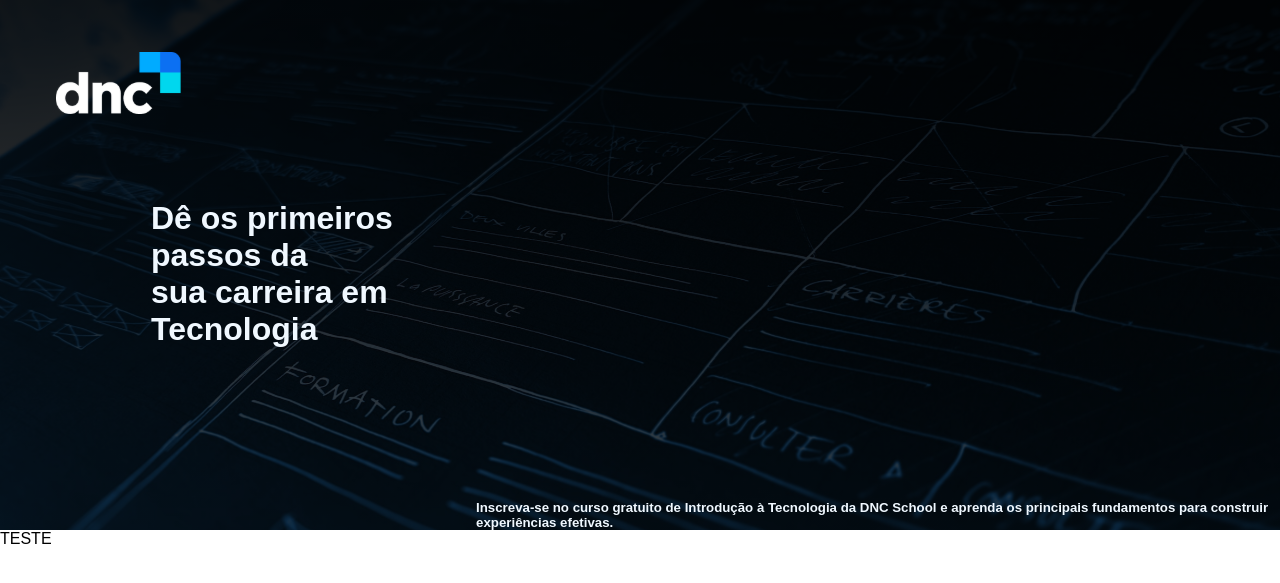
Repository: kleber-goncalves/Landing-Page-dnc
Page: src/index.html
An editor plug-in stored every save of this project. The page is shown before and after the next save, followed by the edit.
The browser window is 1280 px wide. The pictures show the whole page.

Above is the page before, as saved 2024-12-09 19:45:55.

### src/index.html
<!DOCTYPE html>
<html lang="pt-br">
  <head>
    <meta charset="UTF-8" />
    <meta name="viewport" content="width=device-width, initial-scale=1.0" />
    <title>Escola DNC</title>
    <link rel="stylesheet" href="../src/style.css" />
  </head>
  <body>
    <div id="cabecanho">
        <img id="logo-dnc" src="../img/logo.svg" alt="logo-dnc">
        <h1 id="titulo" >Dê os primeiros passos da <br>
            sua carreira em Tecnologia</h1>
        <h5 id="subtitulo" >Inscreva-se no curso gratuito de Introdução à Tecnologia da DNC School e aprenda os principais fundamentos para construir experiências efetivas.</h5>
    </div>
    <div>TESTE</div>
  </body>
</html>

### src/style.css
* {
  margin: 0px;
  font-family: Arial, Helvetica, sans-serif;
}

#cabecanho {
  display: flex;
  margin: 0%;
  height: 100%;
  background-image: url(../img/fundo.svg);
  background-size: cover;
  background-repeat: no-repeat;
  color: aliceblue;
}

#logo-dnc {
  display: flex;
  width: 125px;
  height: 62px;
  margin-left: 56px;
  margin-top: 52px;
}

#titulo {
  display: flex;
  margin-left: -30px;
  margin-top: 200px;
}

#subtitulo{
    display: flex;
    margin-left: -30px;
    margin-top: 500px;
}

### img/logo.svg
<svg width="125" height="62" viewBox="0 0 125 62" fill="none" xmlns="http://www.w3.org/2000/svg" xmlns:xlink="http://www.w3.org/1999/xlink">
<rect width="125" height="62" fill="url(#pattern0_1227_101)"/>
<defs>
<pattern id="pattern0_1227_101" patternContentUnits="objectBoundingBox" width="1" height="1">
<use xlink:href="#image0_1227_101" transform="matrix(0.00497512 0 0 0.0100305 0 -0.00152463)"/>
</pattern>
<image id="image0_1227_101" width="201" height="100" xlink:href="data:[embedded picture, 3186 characters]"/>
</defs>
</svg>

### img/fundo.svg
<svg width="1440" height="560" viewBox="0 0 1440 560" fill="none" xmlns="http://www.w3.org/2000/svg" xmlns:xlink="http://www.w3.org/1999/xlink">
<rect width="1440" height="560" fill="url(#pattern0_1227_39)"/>
<rect width="1440" height="560" fill="url(#paint0_linear_1227_39)"/>
<defs>
<pattern id="pattern0_1227_39" patternContentUnits="objectBoundingBox" width="1" height="1">
<use xlink:href="#image0_1227_39" transform="matrix(0.0004 0 0 0.00102857 0 -0.0636538)"/>
</pattern>
<linearGradient id="paint0_linear_1227_39" x1="720" y1="0" x2="720" y2="560" gradientUnits="userSpaceOnUse">
<stop stop-opacity="0.9"/>
<stop offset="1" stop-opacity="0.7"/>
</linearGradient>
<image id="image0_1227_39" width="2500" height="1460" xlink:href="data:[embedded picture, 603023 characters]"/>
</defs>
</svg>

After the next save:
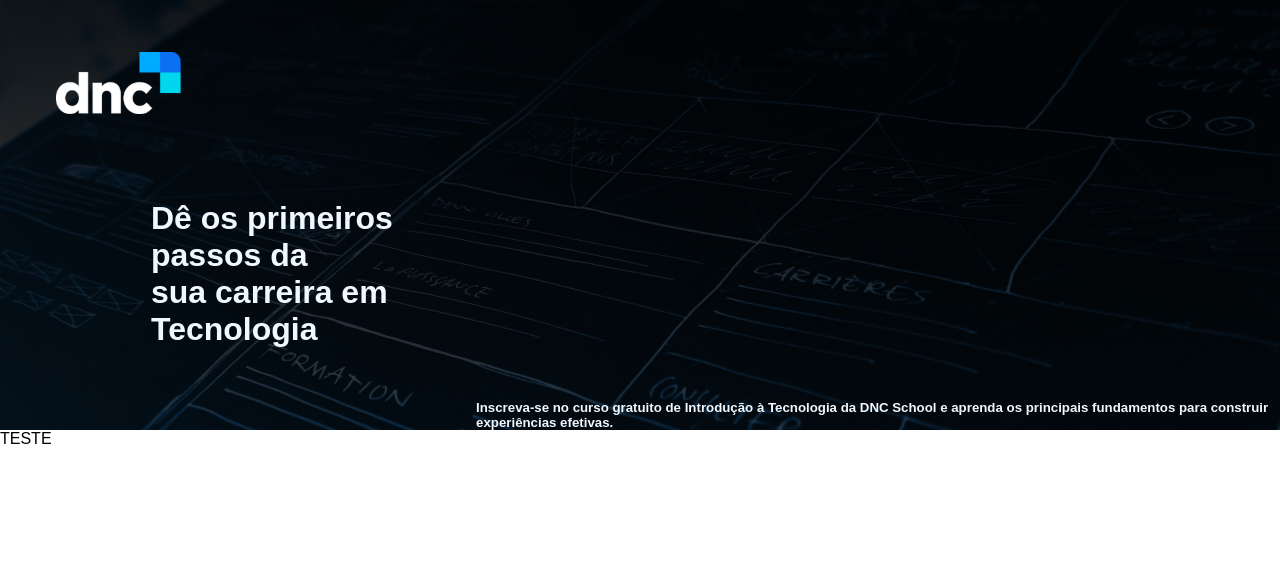
Saved 21 s later.
--- a/src/style.css
+++ b/src/style.css
@@ -30,5 +30,5 @@
 #subtitulo{
     display: flex;
     margin-left: -30px;
-    margin-top: 500px;
+    margin-top: 400px;
 }
